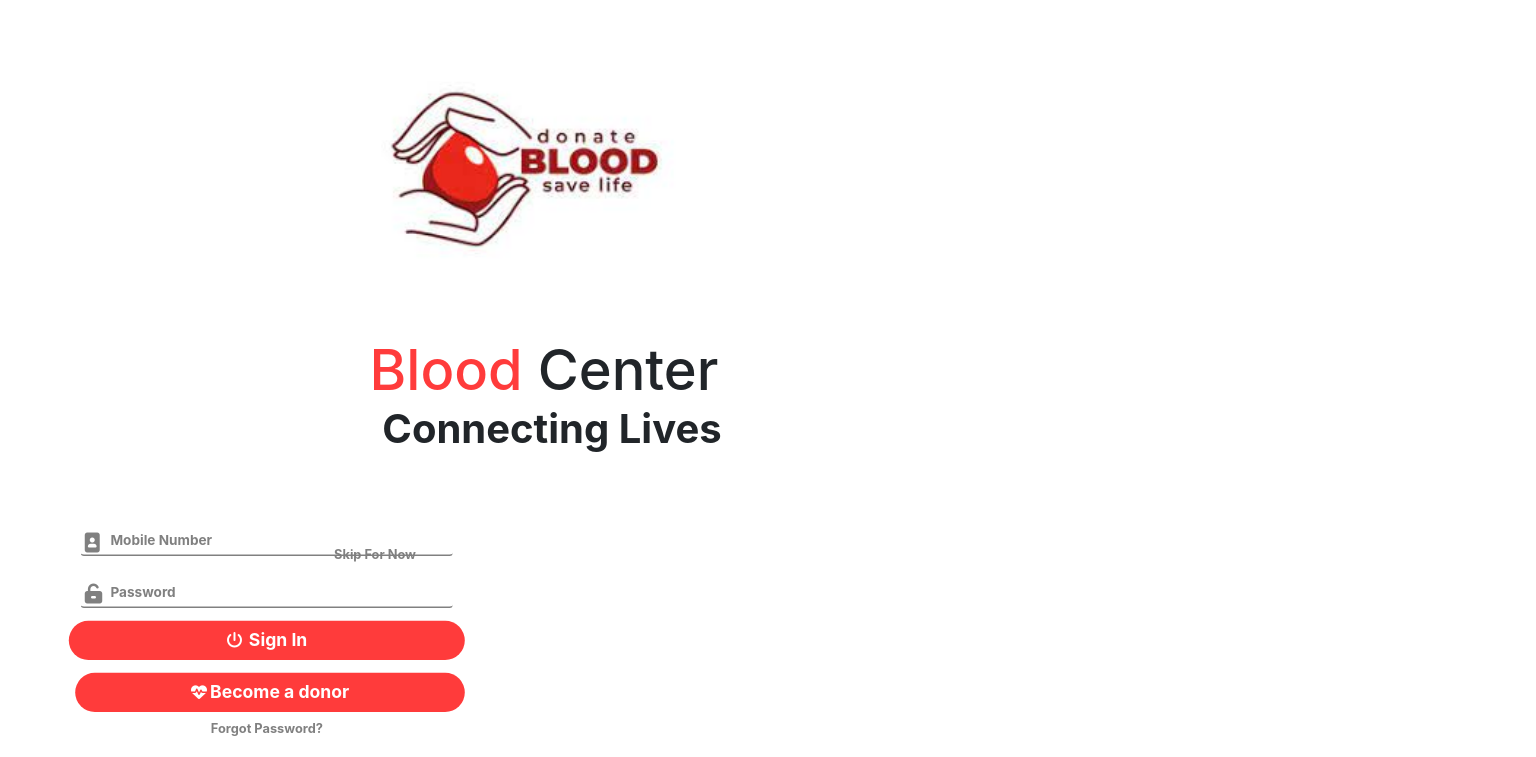
Repository: syedali042/jbds
Page: /
An editor plug-in stored every save of this project. The page is shown before and after the next save, followed by the edit.
The browser window is 1280 px wide. The page is 1690 px wide, then 1920 px, so the pictures cover 1920 px, including what lies to the right of the window. The pictures show the whole page, at 80% of full size.
Some web libraries are served in a nearby version. The project was rebuilt for these pictures with package versions that can differ from the ones it lists, and the page was loaded fresh each time. Also part of the build but not shown: src/components/Header.js, src/components/About.js, src/components/Register.js, src/components/Header2.js, src/components/Home.js, src/components/Header4.js, src/components/Request.js, src/components/Header3.js and 1 more.

Above is the page before, as saved 2021-11-09 20:40:54.

After the next save:
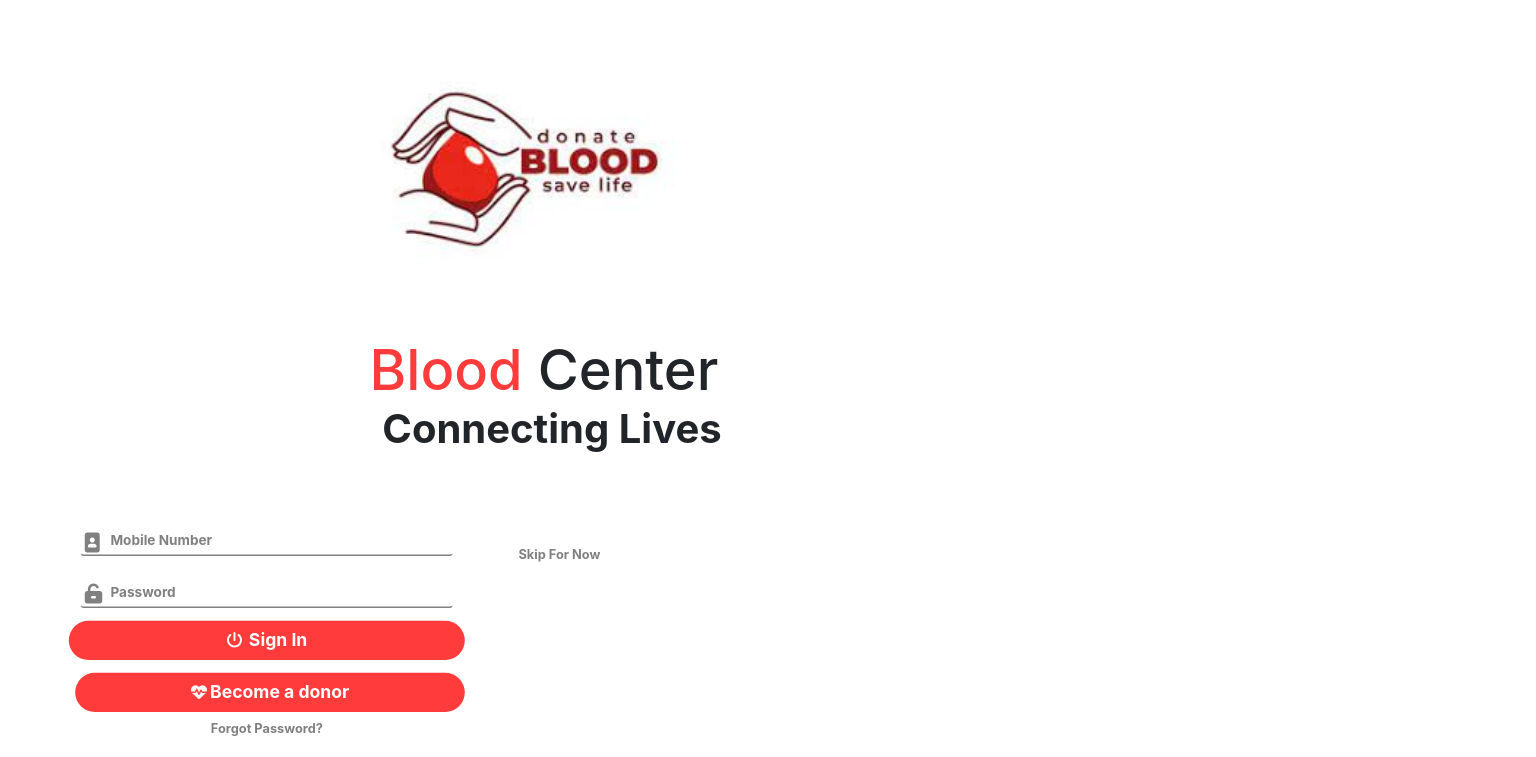
Saved 23 s later.
--- a/src/components/Login.js
+++ b/src/components/Login.js
@@ -88,7 +88,7 @@ function Login() {
                         </div>
                     </div>
                 </div>
-                <div className="position-absolute" style={{bottom:15, width:'100%', left:'50%', transform:'translateX(-18%)'}}>
+                <div className="position-absolute" style={{bottom:15, width:'100%', left:'50%'}}>
                     <a href="/home" className="text-decoration-none forgot p-2">Skip For Now</a>
                 </div>
             </div>
